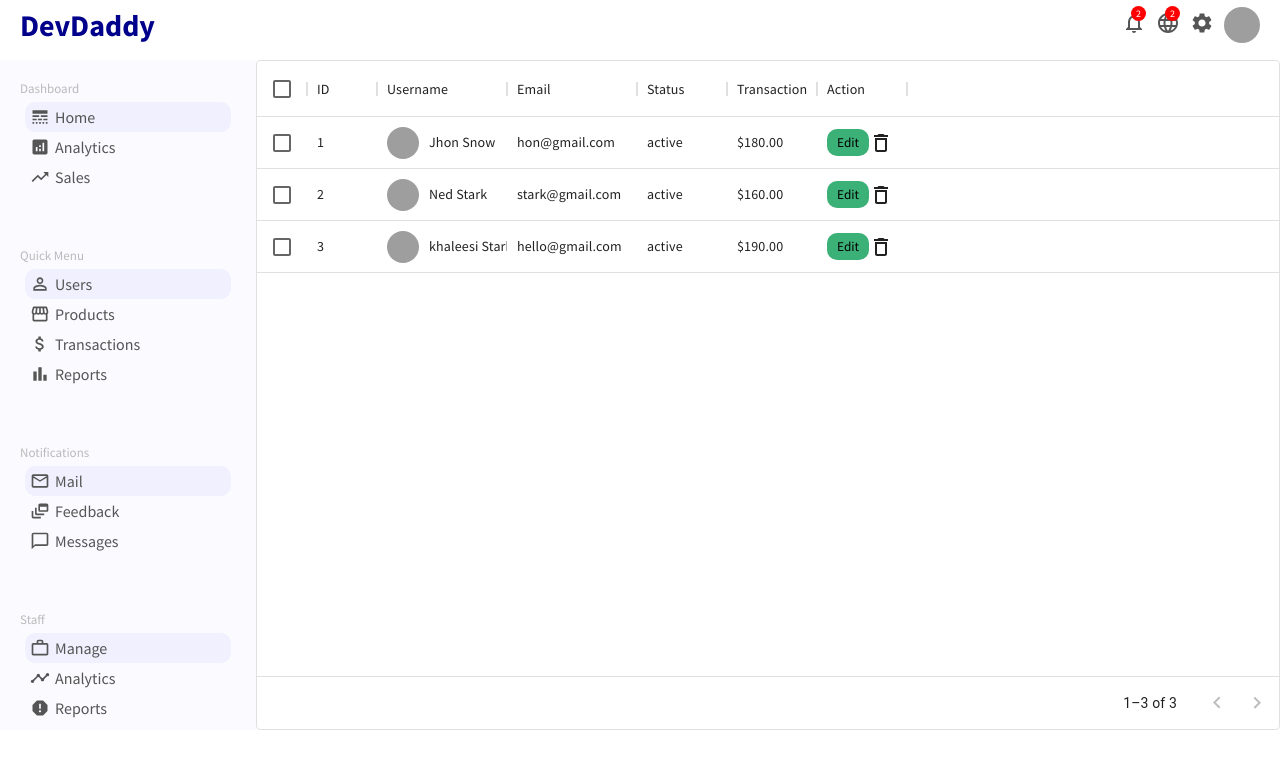
Repository: Marhamat92/react-admin-dashboard
Page: /users
These files come from the project's save history. The page is drawn as it stood at one moment and after the next save; the edit follows.
The browser window is 1280 px wide. The pictures show the whole page.
Pictures or frames that could not be fetched are drawn as grey boxes. The project was rebuilt for these pictures with package versions that can differ from the ones it lists, and the page was loaded fresh each time. Also part of the build but not shown: src/pages/home/home.scss, src/components/featuredInfo/featuredInfo.scss, src/components/featuredInfo/FeaturedInfo.js, src/components/chart/chart.scss, src/components/chart/Chart.js, src/data/userData.js, src/components/widgetSm/widgetSm.scss, src/components/widgetSm/WidgetSm.js and 3 more.

Above is the page before, as saved 2023-02-10 22:08:25.

### public/index.html
<!DOCTYPE html>
<html lang="en">

<head>
  <meta charset="utf-8" />
  <link rel="icon" href="%PUBLIC_URL%/favicon.ico" />
  <meta name="viewport" content="width=device-width, initial-scale=1" />
  <meta name="theme-color" content="#000000" />
  <meta name="description" content="Web site created using create-react-app" />
  <link rel="apple-touch-icon" href="%PUBLIC_URL%/logo192.png" />
  <link rel="preconnect" href="https://fonts.googleapis.com">
  <link rel="preconnect" href="https://fonts.gstatic.com" crossorigin>
  <link href="https://fonts.googleapis.com/css2?family=Source+Sans+Pro:wght@200;300;400;600;700;900&display=swap"
    rel="stylesheet">
  <!--
      manifest.json provides metadata used when your web app is installed on a
      user's mobile device or desktop. See https://developers.google.com/web/fundamentals/web-app-manifest/
    -->
  <link rel="manifest" href="%PUBLIC_URL%/manifest.json" />
  <!--
      Notice the use of %PUBLIC_URL% in the tags above.
      It will be replaced with the URL of the `public` folder during the build.
      Only files inside the `public` folder can be referenced from the HTML.

      Unlike "/favicon.ico" or "favicon.ico", "%PUBLIC_URL%/favicon.ico" will
      work correctly both with client-side routing and a non-root public URL.
      Learn how to configure a non-root public URL by running `npm run build`.
    -->
  <style>
    * {
      font-family: 'Source Sans Pro', sans-serif;
      margin: 0;

    }
  </style>
  <title>DevDaddy Admin Dashboard</title>
</head>

<body>
  <noscript>You need to enable JavaScript to run this app.</noscript>
  <div id="root"></div>
  <!--
      This HTML file is a template.
      If you open it directly in the browser, you will see an empty page.

      You can add webfonts, meta tags, or analytics to this file.
      The build step will place the bundled scripts into the <body> tag.

      To begin the development, run `npm start` or `yarn start`.
      To create a production bundle, use `npm run build` or `yarn build`.
    -->
</body>

</html>

### src/index.js
import React from 'react';
import ReactDOM from 'react-dom/client';
import App from './App';
import { BrowserRouter } from "react-router-dom";


const root = ReactDOM.createRoot(document.getElementById('root'));
root.render(
  <BrowserRouter>
    <App />
  </BrowserRouter>

);

### src/App.js
import Topbar from "./components/Topbar/Topbar";
import Sidebar from "./components/sidebar/Sidebar";
import "./app.scss";
import Home from "./pages/home/Home";
import {
  Routes,
  Route,
  Link,
} from "react-router-dom";
import UserList from "./pages/userList/UserList";


function App() {
  return (
    <>
      <Topbar />
      <div className="container">
        <Sidebar />
        <Routes>
          <Route path="/" element={<Home />} />
          <Route path="/users" element={<UserList />} />
        </Routes>
      </div>
    </>

  );
}

export default App;

### src/components/Topbar/Topbar.jsx
import React from 'react'
import "./topbar.scss"
import { Language, NotificationsNone, Settings } from '@mui/icons-material'

function Topbar() {
  return (
    <div className="topbar" >
       <div className='topbarWrapper' >
          <div className='topLeft' >
            <span className='logo'>DevDaddy</span>
          </div>
          <div className='topRight' >
             <div className='topbarIconContainer' >
               <NotificationsNone/>
                <span className='topIconBadge'>2</span>
             </div>
             <div className='topbarIconContainer' >
               <Language/>
                <span className='topIconBadge'>2</span>
             </div>
             <div className='topbarIconContainer' >
               <Settings/>
             </div>
             <img className='topAvatar' src='https://i.pinimg.com/originals/99/ee/d8/99eed8642bbb66a71d0f1677d18a2587.jpg' alt="jack sheperd" />
          </div>
       </div>
    </div>
  )
}

export default Topbar

### src/components/sidebar/Sidebar.js
import React from 'react'
import './sidebar.scss'
import { Analytics, AttachMoney, ChatBubbleOutline, DynamicFeed, LineStyle, MailOutline, PermIdentity, Report, Storefront, Timeline, TrendingUp, WorkOutline, BarChart } from '@mui/icons-material'



function Sidebar() {
  return (
    <div className='sidebar'>
      <div className='sidebarWrapper'>
        <div className='sidebarMenu' >
          <div className='sidebarTitle'>
            Dashboard
          </div>
          <ul className='sidebarList'>
            <li className='sidebarListItem active'>
              <LineStyle className='sidebarIcon' />
              Home
            </li>
            <li className='sidebarListItem'>
              <Analytics className='sidebarIcon' />
              Analytics
            </li>
            <li className='sidebarListItem'>
              <TrendingUp className='sidebarIcon' />
              Sales
            </li>
          </ul>
        </div>
      </div>

      <div className='sidebarWrapper'>
        <div className='sidebarMenu' >
          <div className='sidebarTitle'>
            Quick Menu
          </div>
          <ul className='sidebarList'>
            <li className='sidebarListItem active'>
              <PermIdentity className='sidebarIcon' />
              Users
            </li>
            <li className='sidebarListItem'>
              <Storefront className='sidebarIcon' />
              Products
            </li>
            <li className='sidebarListItem'>
              <AttachMoney className='sidebarIcon' />
              Transactions
            </li>
            <li className='sidebarListItem'>
              <BarChart className='sidebarIcon' />
              Reports
            </li>
          </ul>
        </div>
      </div>

      <div className='sidebarWrapper'>
        <div className='sidebarMenu' >
          <div className='sidebarTitle'>
            Notifications
          </div>
          <ul className='sidebarList'>
            <li className='sidebarListItem active'>
              <MailOutline className="sidebarIcon" />
              Mail
            </li>
            <li className='sidebarListItem'>
              <DynamicFeed className="sidebarIcon" />
              Feedback
            </li>
            <li className='sidebarListItem'>
              <ChatBubbleOutline className="sidebarIcon" />
              Messages
            </li>
          </ul>
        </div>
      </div>

      <div className='sidebarWrapper'>
        <div className='sidebarMenu' >
          <div className='sidebarTitle'>
            Staff
          </div>
          <ul className='sidebarList'>
            <li className='sidebarListItem active'>
              <WorkOutline className="sidebarIcon" />
              Manage
            </li>
            <li className='sidebarListItem'>
              <Timeline className="sidebarIcon" />
              Analytics
            </li>
            <li className='sidebarListItem'>
              <Report className="sidebarIcon" />
              Reports
            </li>
          </ul>
        </div>
      </div>
    </div>
  )
}

export default Sidebar

### src/app.scss
.container {
  display:flex;
  margin-top: 10px;
}

### src/pages/userList/UserList.js
import React from 'react'
import './userList.scss'
import { DataGrid } from '@mui/x-data-grid';
import { DeleteOutline } from '@mui/icons-material';
import { Link } from 'react-router-dom';

const columns = [
  { field: 'id', headerName: 'ID', width: 70 },
  {
    field: 'username', headerName: 'Username', width: 130, renderCell: (params) => {
      return (
        <div className="userListUser">
          <img className="userListImg" src={params.row.avatar} alt="" />
          {params.row.username}
        </div>
      )
    }
  },
  { field: 'email', headerName: 'Email', width: 130 },
  {
    field: 'status',
    headerName: 'Status',
    width: 90,
  },
  {
    field: 'transaction',
    headerName: 'Transaction',
    width: 90,
  },
  {
    field: 'action',
    headerName: 'Action',
    width: 90,
    renderCell: (params) => {
      return (
        <>
          <Link to={"/user/" + params.row.id}>
            <button className="userListEdit">Edit</button>
          </Link>
          <DeleteOutline className="userListDelete" />
        </>
      )
    }
  }
];

const rows = [
  { id: 1, username: 'Jhon Snow', avatar: 'https://hips.hearstapps.com/hmg-prod/images/kit-harington-as-jon-snow-in-game-of-thrones-season-7-1548376210.jpeg?crop=0.500xw:1.00xh;0.362xw,0&resize=1200:*', email: "hon@gmail.com", status: "active", transaction: "$180.00" },
  {
    id: 2, username: 'Ned Stark', avatar: 'https://i.pinimg.com/originals/72/1d/6a/721d6a00a561c71658df41ad9a26d71c.jpg', email: "stark@gmail.com", status: "active", transaction: "$160.00"
  },
  {
    id: 3, username: 'khaleesi Stark', avatar: 'https://i.guim.co.uk/img/media/02f5315a3ddd09325377357e22f052a9a6759e1e/0_249_4000_2400/master/4000.jpg?width=1200&height=1200&quality=85&auto=format&fit=crop&s=a5fddd8bda9970a44cbb03b0dd0771a8', email: "hello@gmail.com", status: "active", transaction: "$190.00"
  }

];

function UserList() {
  return (
    <div className='userList' >
      <DataGrid
        rows={rows}
        columns={columns}
        pageSize={5}
        rowsPerPageOptions={[5]}
        checkboxSelection
      /></div>
  )
}

export default UserList

### src/components/Topbar/topbar.scss
.topbar{
  width:100%;
  height: 50px;
  background-color: white;
  position: sticky;
  top:0;
  z-index: 999;
}

.topbarWrapper{
  height: 100%;
  padding: 0px 20px;
  display: flex;
  align-items: center;
  justify-content: space-between;
}

.logo{
  font-weight:bold;
  font-size: 30px;
  color:darkblue;
  cursor: pointer;
}

.topRight{
  display:flex;
  align-items: center;
}

.topbarIconContainer{
  position:relative;
  cursor: pointer;
  margin-right:10px;
  color:#555;
}

.topIconBadge{
  width: 15px;
  height: 15px;
  display: flex;
  align-items: center;
  justify-content: center;
  position:absolute;
  top:-5px;
  right:0px;
  background-color: red;
  color:white;
  border-radius: 50%;
  font-size: 10px;
}

.topAvatar{
  width: 36px;
  height: 36px;
  border-radius: 50%;
  object-fit: cover;
  cursor: pointer;
}

### src/components/sidebar/sidebar.scss
.sidebar{
  flex:1;
  height:calc(100vh - 50px);
  background-color: rgb(251,251,255);
  position: sticky;
  top: 50px;
  align-self: flex-start;

}

.sidebarWrapper{
  padding: 20px;
  color:#555;
}

.sidebarMenu{
  margin-bottom:10px;
}

.sidebarTitle{
  font-size: 13px;
  color:rgb(187,186,186);
}

.sidebarList{
  list-style: none;
  padding:5px;
}

.sidebarListItem{
  padding:5px;
  cursor:pointer;
  display:flex;
  align-items:center;
  border-radius: 10px;
}

.sidebarListItem.active,
.sidebarListItem:hover{
  background-color: rgb(240,240,255);
}

.sidebarIcon{
  margin-right: 5px;
  font-size: 20px !important;
}

### src/pages/userList/userList.scss
.userList{
  display: flex;
  flex:4;
}

.userListUser{
  display:flex;
  align-items: center;
}

.userListImg{
  width:32px;
  height:32px;
  border-radius: 50%;
  margin-right: 10px;
  object-fit: cover;

}

.userListEdit{
  border: none;
  border-radius: 10px;
  padding:5px 10px;
  background-color: #3bb077;
  cursor: pointer;
}

After the next save:
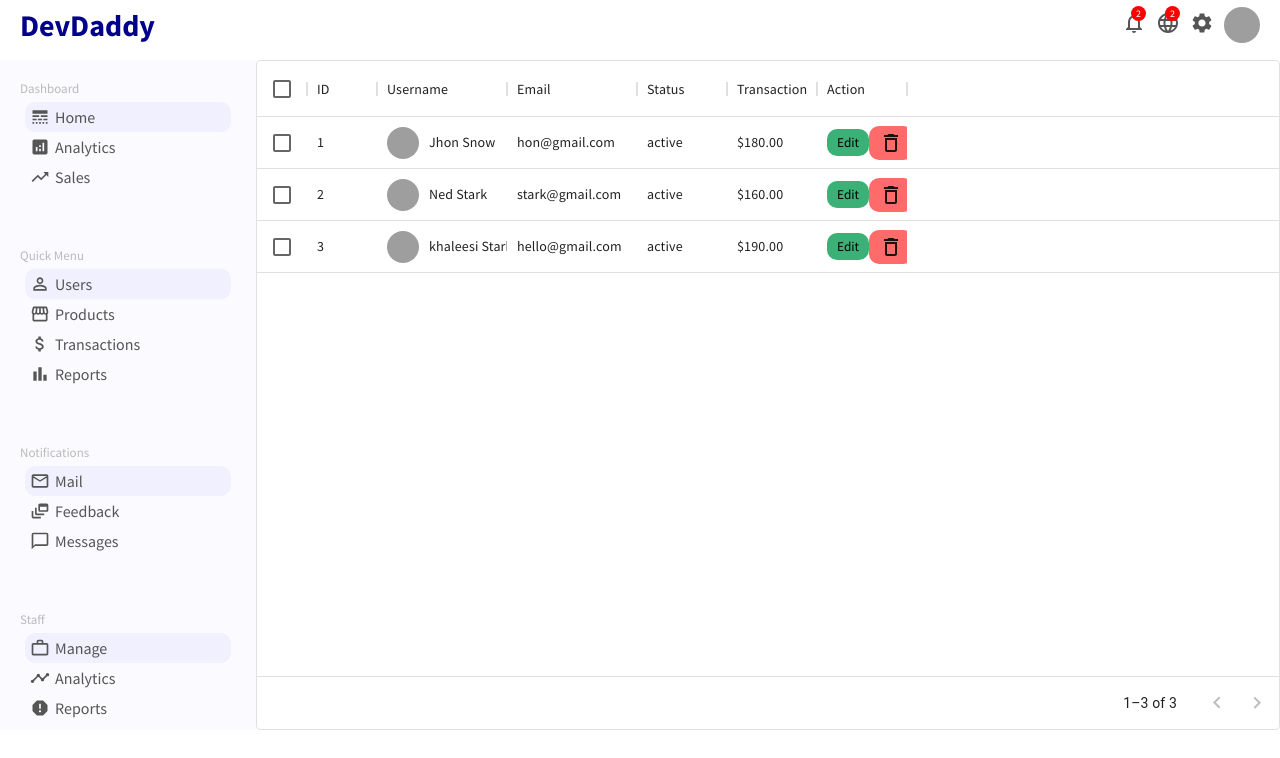
Saved 2 min 8 s later.
--- a/src/pages/userList/userList.scss
+++ b/src/pages/userList/userList.scss
@@ -24,3 +24,11 @@
   background-color: #3bb077;
   cursor: pointer;
 }
+
+.userListDelete{
+  border: none;
+  border-radius: 10px;
+  padding:5px 10px;
+  background-color: #ff6b6b;
+  cursor: pointer;
+}
